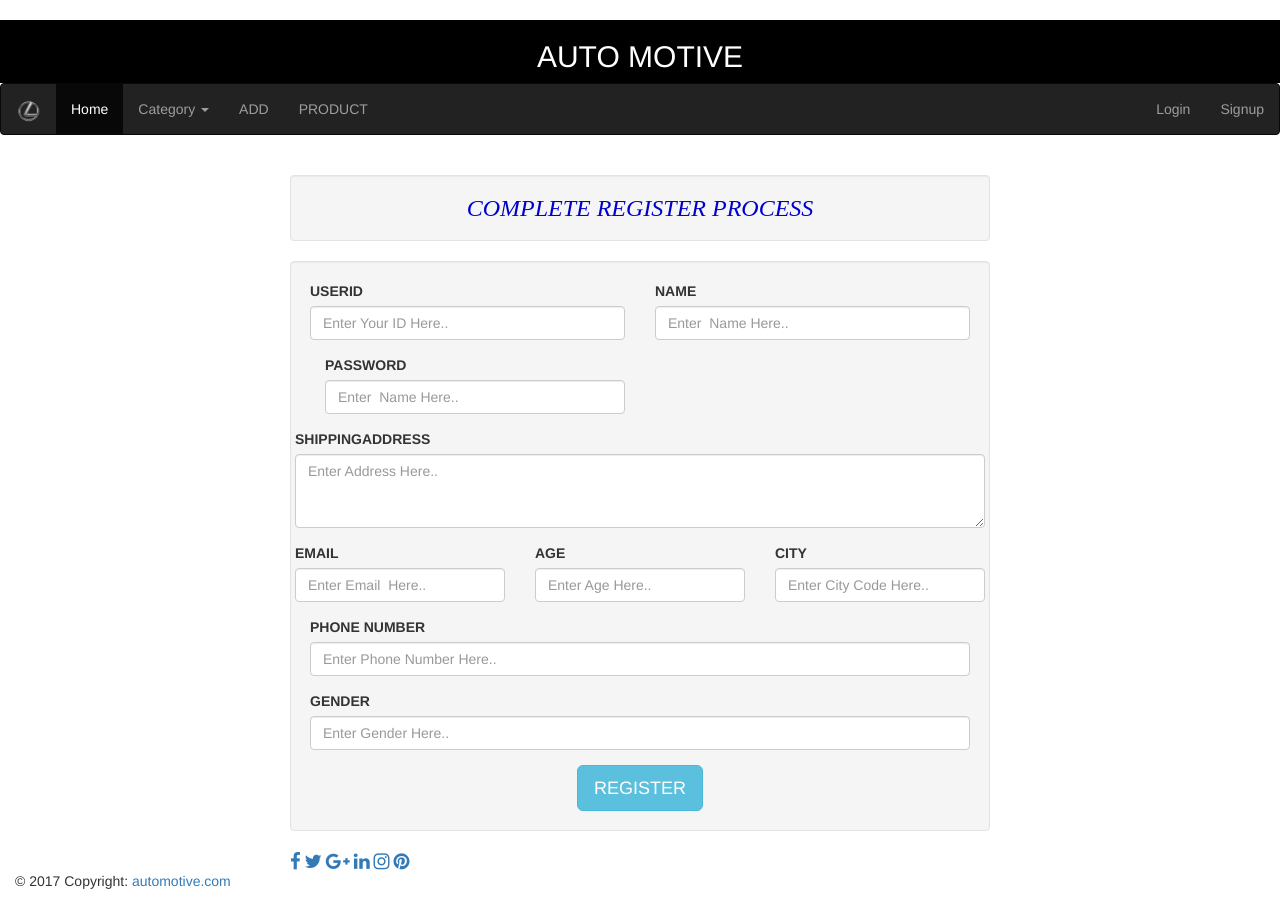
Repository: kavintech/DTProject
Page: http://localhost/Ecommerce_frontend/WEB-INF/views/registerpage.jsp
An editor plug-in stored every save of this project. The page is shown before and after the next save, followed by the edit.
The browser window is 1280 px wide. The pictures show the whole page.
Some web libraries are served in a nearby version. The page is served by Tomcat 9. Nobody is signed in. Other server files are loaded and not shown. The template is opened directly, without the code that normally fills it, so the values that code supplies are empty.

Above is the page before, as saved 2017-11-27 07:14:55.

### Ecommerce_frontend/src/main/webapp/WEB-INF/views/registerpage.jsp
<%@ page language="java" contentType="text/html; charset=ISO-8859-1"
    pageEncoding="ISO-8859-1"%>
<!DOCTYPE html PUBLIC "-//W3C//DTD HTML 4.01 Transitional//EN" "http://www.w3.org/TR/html4/loose.dtd">
<html>
<head>
<meta http-equiv="Content-Type" content="text/html; charset=ISO-8859-1">
<title>Insert title here</title>
<!-- To Access the Bootstrap link -->
<link rel="stylesheet" href="https://maxcdn.bootstrapcdn.com/bootstrap/3.3.7/css/bootstrap.min.css">
<script src="https://ajax.googleapis.com/ajax/libs/jquery/3.2.1/jquery.min.js"></script>
<script src="https://maxcdn.bootstrapcdn.com/bootstrap/3.3.7/js/bootstrap.min.js"></script>
<link href="//maxcdn.bootstrapcdn.com/font-awesome/4.1.0/css/font-awesome.min.css" rel="stylesheet">
<link href=".resources/css/registerpage.css" rel="stylesheet"/>
<style type="text/css">
  .backgroundclr
  {
    background-color: #fffffff;
  }
</style>
</head>
<body>
<jsp:include page="header.jsp"></jsp:include>
<!-- Registration form here -->
<div class="container">
    <center><h3 class="well" style="font-family: Copperplate Gothic;font-style: italic;color:#0000cc">COMPLETE REGISTER PROCESS</h3></center>
	<div class="col-lg-12 well">
	<div class="row">
				<form  action="registerpage" method="post">
					<div class="col-sm-12">
						<div class="row">
							<div class="col-sm-6 form-group">

								<label>USERID</label>
								<input type="text" placeholder="Enter Your ID Here.." class="form-control" pattern="[0-9]+" required name="userid">
							</div>
							<div class="col-sm-6 form-group">
								<label>NAME</label>
								<input type="text" placeholder="Enter  Name Here.." class="form-control" pattern="^[a-zA-Z][a-zA-Z0-9-_\.]{1,20}$" required name="username">
							</div>
						</div>
						<div class="col-sm-6 form-group">
								<label>PASSWORD</label>
								<input type="text" placeholder="Enter  Name Here.." class="form-control"  pattern="[A-Za-z]+" required name="userpass">
							</div>
						</div>
						<div class="form-group">
							<label>SHIPPINGADDRESS</label>
							<textarea placeholder="Enter Address Here.." rows="3" class="form-control" pattern="^[a-zA-Z][a-zA-Z0-9-_\.]{1,20}$" required name="useraddress"></textarea>
						</div>
						<div class="row">
							<div class="col-sm-4 form-group">
								<label>EMAIL</label>
								<input type="text" placeholder="Enter Email  Here.." class="form-control" pattern="[a-z0-9._%+-]+@[a-z0-9.-]+\.[a-z]{2,4}$" required name="usermail">
							</div>
							<div class="col-sm-4 form-group">
								<label>AGE</label>
								<input type="text" placeholder="Enter Age Here.." class="form-control" required name="userage">
							</div>
							<div class="col-sm-4 form-group">
								<label>CITY</label>
								<input type="text" placeholder="Enter City Code Here.." class="form-control" pattern="^[a-zA-Z][a-zA-Z0-9-_\.]{1,20}$" required name="usercity">
							</div>
						</div>


						</div>
					<div class="form-group">
						<label>PHONE NUMBER</label>
						<input type="text" placeholder="Enter Phone Number Here.." class="form-control" pattern="^\{10}$" required name="userphone">
					</div>

					<div class="form-group">
						<label>GENDER</label>
						<input type="text" placeholder="Enter Gender Here.."  class="form-control" pattern="^[a-zA-Z][a-zA-Z0-9-_\.]{1,20}$" required name="usergen">

					</div>

					<center>
					<input type="submit" class="btn btn-lg btn-info" value="REGISTER"></input>	</center>
					</div>
				</form>
				</div>
	</div>
	 <!-- Footer of the webpages -->

 <jsp:include page="footer.jsp"></jsp:include>

	</div>
</body>
</html>

### Ecommerce_frontend/src/main/webapp/WEB-INF/views/header.jsp
<%@ page language="java" contentType="text/html; charset=ISO-8859-1"
    pageEncoding="ISO-8859-1"%>
    <%@ taglib prefix = "c" uri = "http://java.sun.com/jsp/jstl/core" %>
<!DOCTYPE html PUBLIC "-//W3C//DTD HTML 4.01 Transitional//EN" "http://www.w3.org/TR/html4/loose.dtd">
<html>
<head>
<meta http-equiv="Content-Type" content="text/html; charset=ISO-8859-1">
<title>Insert title here</title>
<link rel="stylesheet" href="https://maxcdn.bootstrapcdn.com/bootstrap/3.3.7/css/bootstrap.min.css">
  <script src="https://ajax.googleapis.com/ajax/libs/jquery/3.2.1/jquery.min.js"></script>
  <script src="https://maxcdn.bootstrapcdn.com/bootstrap/3.3.7/js/bootstrap.min.js"></script>
</head>
<body>
<div class="container-fluid" style="background-color: BLACK;">
        <div class="row">
            <div class="col-md-12">
                <h2 class="text-center" style="margin-center:8.5%;color: white">AUTO MOTIVE</h2>
     </div>
     </div>
     </div>
<nav class="navbar navbar-inverse">
  <div class="container-fluid">
    <div class="navbar-header">
    <a class="navbar-brand brand-name">

    <img  src="./resources/images/lexus.png" class="img-circle" width="25px"></a>

     </div>
    <ul class="nav navbar-nav">
      <li class="active"><a href="#">Home</a></li>
      <li class="dropdown">

        <a class="dropdown-toggle" data-toggle="dropdown" href="">Category
        <span class="caret"></span></a>
        <ul class="dropdown-menu">
         <c:forEach items="${list}" var="p">

          <li><a href="">${p.categoryname}</a></li>

         </c:forEach>
        </ul>

      </li>
      <li><a href="<c:url value="admin/add"/>" role="button" aria-haspopup="true"
					aria-expanded="false">ADD</a></li>
      <li><a href="admin/productlistview">PRODUCT</a></li>
    </ul>
    <ul class="nav navbar-nav navbar-right">
     <c:if test="${pageContext.request.userPrincipal.name == null }">
					<li>
					 <a href=' <c:url value="/login" />'>Login</a>
					</li>
				<li><a href=' <c:url value="/reg" />'>Signup</a></li>

				</c:if>
    </ul>
  </div>

</nav>

</body>
</html>

### Ecommerce_frontend/src/main/webapp/WEB-INF/views/footer.jsp
<%@ page language="java" contentType="text/html; charset=ISO-8859-1"
    pageEncoding="ISO-8859-1"%>
<!DOCTYPE html PUBLIC "-//W3C//DTD HTML 4.01 Transitional//EN" "http://www.w3.org/TR/html4/loose.dtd">
<html>
<head>
<meta http-equiv="Content-Type" content="text/html; charset=ISO-8859-1">
<title>Insert title here</title>
<link rel="stylesheet" href="https://maxcdn.bootstrapcdn.com/bootstrap/3.3.7/css/bootstrap.min.css">
  <script src="https://ajax.googleapis.com/ajax/libs/jquery/3.2.1/jquery.min.js"></script>
  <script src="https://maxcdn.bootstrapcdn.com/bootstrap/3.3.7/js/bootstrap.min.js"></script>

<!--Footer-->
<footer class="page-footer indigo center-on-small-only pt-0">

    <!--Footer Links-->
    <div class="container">

        <!--First row-->
        <div class="row">

            <!--First column-->
            <div class="col-md-12">

                <div class="footer-socials mb-5 flex-center">

                    <!--Facebook-->
                    <a class="icons-sm fb-ic"><i class="fa fa-facebook fa-lg white-text mr-md-4"> </i></a>
                    <!--Twitter-->
                    <a class="icons-sm tw-ic"><i class="fa fa-twitter fa-lg white-text mr-md-4"> </i></a>
                    <!--Google +-->
                    <a class="icons-sm gplus-ic"><i class="fa fa-google-plus fa-lg white-text mr-md-4"> </i></a>
                    <!--Linkedin-->
                    <a class="icons-sm li-ic"><i class="fa fa-linkedin fa-lg white-text mr-md-4"> </i></a>
                    <!--Instagram-->
                    <a class="icons-sm ins-ic"><i class="fa fa-instagram fa-lg white-text mr-md-4"> </i></a>
                    <!--Pinterest-->
                    <a class="icons-sm pin-ic"><i class="fa fa-pinterest fa-lg white-text"> </i></a>
                </div>
            </div>
            <!--/First column-->
        </div>
        <!--/First row-->
    </div>
    <!--/Footer Links-->

    <!--Copyright-->
    <div class="footer-copyright">
        <div class="container-fluid">
            © 2017 Copyright: <a href="https://www.automotive.com">automotive.com </a>
        </div>
    </div>
    <!--/Copyright-->

</footer>

</head>
<body>

</body>
</html>

### Ecommerce_frontend/src/main/webapp/resources/css/registerpage.css
/* Space out content a bit */
body {
  padding-top: 20px;
  padding-bottom: 20px;
}

/* Everything but the jumbotron gets side spacing for mobile first views */
.header,
.marketing,
.footer {
  padding-right: 15px;
  padding-left: 15px;
}

/* Custom page header */
.header {
  border-bottom: 1px solid #e5e5e5;
}
/* Make the masthead heading the same height as the navigation */
.header h3 {
  padding-bottom: 19px;
  margin-top: 0;
  margin-bottom: 0;
  line-height: 40px;
}

/* Custom page footer */
.footer {
  padding-top: 19px;
  color: #777;
  border-top: 1px solid #e5e5e5;
}

/* Customize container */
@media (min-width: 768px) {
  .container {
    max-width: 730px;
  }
}
.container-narrow > hr {
  margin: 30px 0;
}

/* Main marketing message and sign up button */
.jumbotron {
  text-align: center;
  border-bottom: 1px solid #e5e5e5;
}
.jumbotron .btn {
  padding: 14px 24px;
  font-size: 21px;
}

/* Supporting marketing content */
.marketing {
  margin: 40px 0;
}
.marketing p + h4 {
  margin-top: 28px;
}

/* Responsive: Portrait tablets and up */
@media screen and (min-width: 768px) {
  /* Remove the padding we set earlier */
  .header,
  .marketing,
  .footer {
    padding-right: 0;
    padding-left: 0;
  }
  /* Space out the masthead */
  .header {
    margin-bottom: 30px;
  }
  /* Remove the bottom border on the jumbotron for visual effect */
  .jumbotron {
    border-bottom: 0;
  }
}

After the next save:
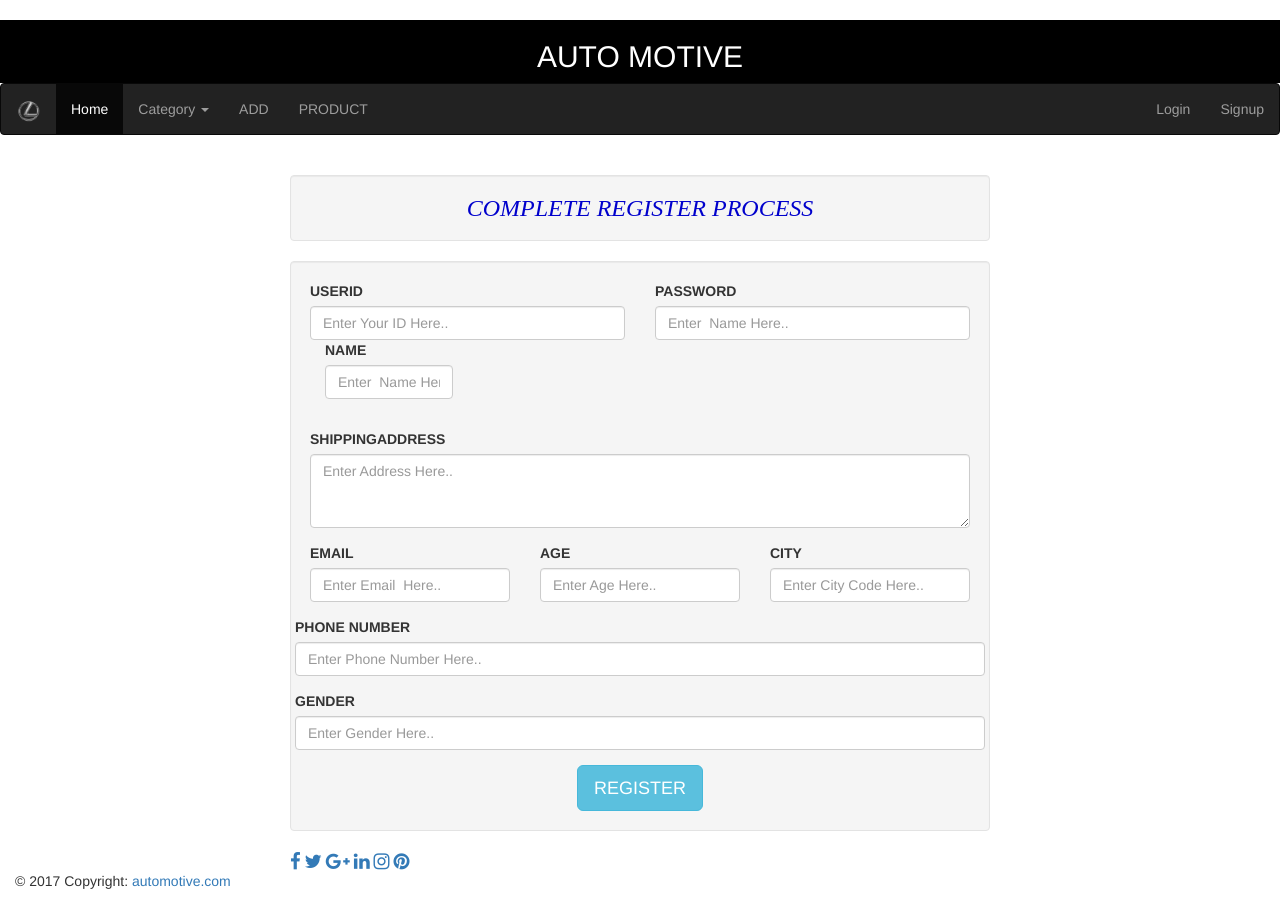
Saved 42 s later.
--- a/Ecommerce_frontend/src/main/webapp/WEB-INF/views/registerpage.jsp
+++ b/Ecommerce_frontend/src/main/webapp/WEB-INF/views/registerpage.jsp
@@ -29,7 +29,7 @@
 					<div class="col-sm-12">
 						<div class="row">
 							<div class="col-sm-6 form-group">
-
+							<div>
 								<label>USERID</label>
 								<input type="text" placeholder="Enter Your ID Here.." class="form-control" pattern="[0-9]+" required name="userid">
 							</div>

After the save that followed:
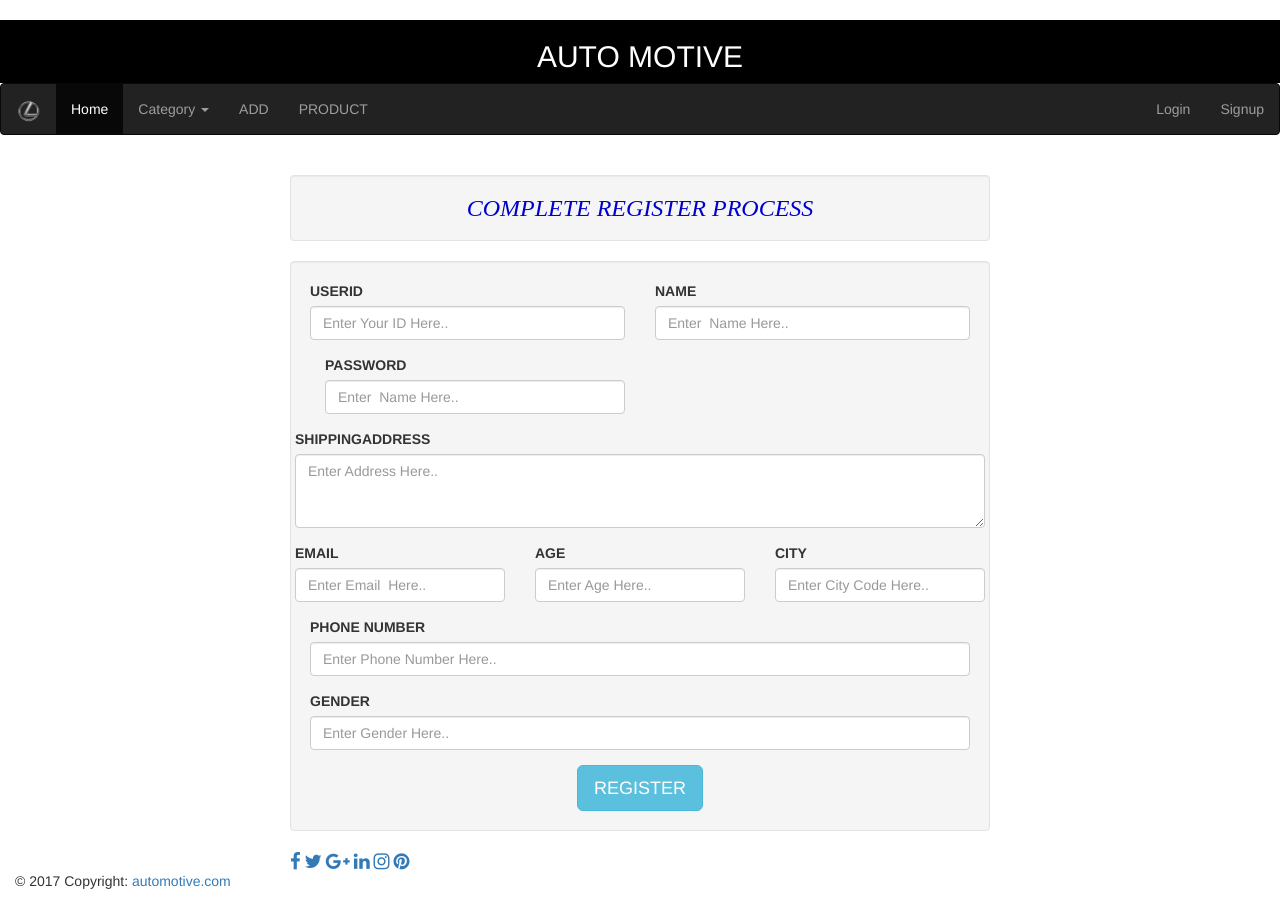
Saved 23 s later.
--- a/Ecommerce_frontend/src/main/webapp/WEB-INF/views/registerpage.jsp
+++ b/Ecommerce_frontend/src/main/webapp/WEB-INF/views/registerpage.jsp
@@ -29,7 +29,7 @@
 					<div class="col-sm-12">
 						<div class="row">
 							<div class="col-sm-6 form-group">
-							<div>
+
 								<label>USERID</label>
 								<input type="text" placeholder="Enter Your ID Here.." class="form-control" pattern="[0-9]+" required name="userid">
 							</div>
